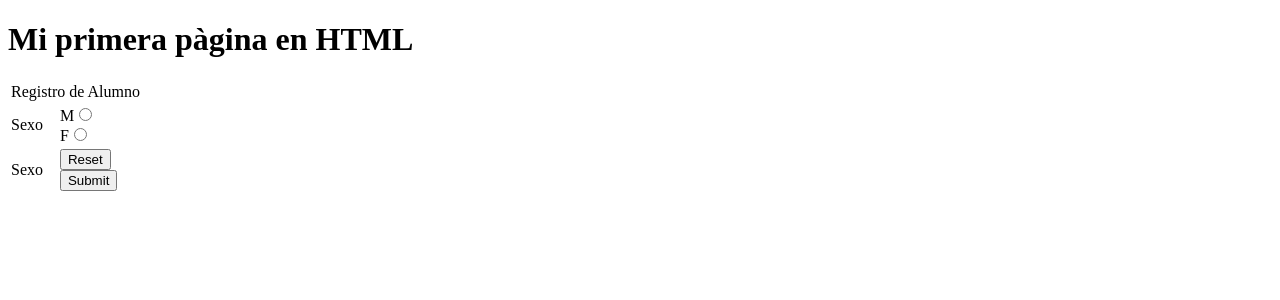
Repository: hoscanoa/Clases-LPII
Page: LPIISemana01/LPII-Semana01/WebContent/index.html
These files come from the project's save history. The page is drawn as it stood at one moment and after the next save; the edit follows.
The browser window is 1280 px wide. The pictures show the whole page.

Above is the page before, as saved 2014-09-18 21:45:38.

After the next save:
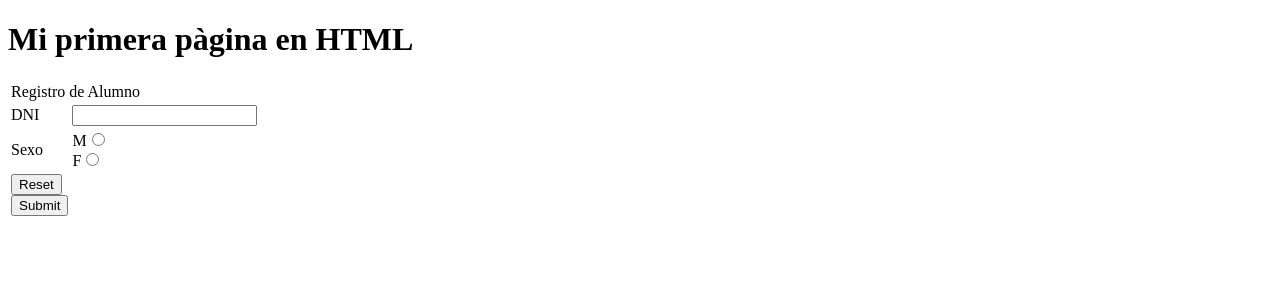
Saved 58 s later.
--- a/LPIISemana01/LPII-Semana01/WebContent/index.html
+++ b/LPIISemana01/LPII-Semana01/WebContent/index.html
@@ -12,12 +12,15 @@
 			<td colspan="2">Registro de Alumno</td>
 		</tr>
 		<tr>
+			<td>DNI</td>
+			<td><input type="text" name="dni"></td>
+		</tr>
+		<tr>
 			<td>Sexo</td>
 			<td>M<input type="radio" name="sexo"> </br> F<input
 				type="radio" name="sexo"></td>
 		</tr>
 		<tr>
-			<td>Sexo</td>
 			<td><input type="reset" name="Limpiar"> </br> <input
 				type="submit" name="Enviar"></td>
 		</tr>
